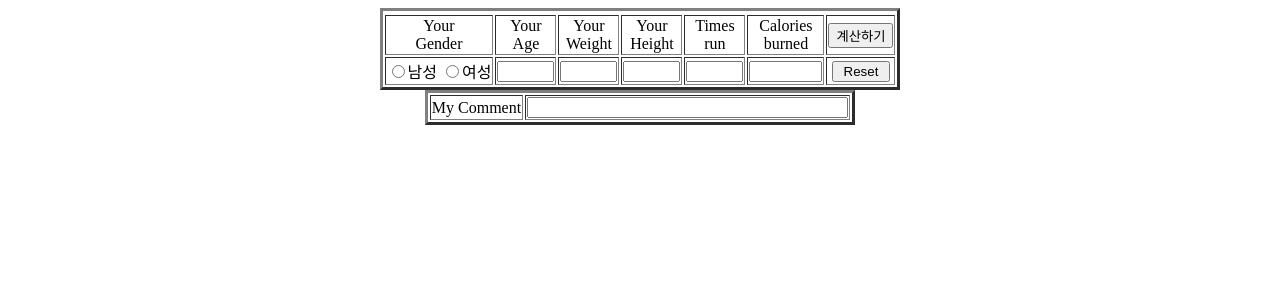
Repository: lgy880/AIWebDevelopment
Page: RUN_WAY/src/main/resources/static/html/ver2.html
An editor plug-in stored every save of this project. The page is shown before and after the next save, followed by the edit.
The browser window is 1280 px wide. The pictures show the whole page.

Above is the page before, as saved 2021-08-05 06:53:36.

### RUN_WAY/src/main/resources/static/html/ver2.html
<!DOCTYPE html>
<html>
<head>
<meta charset="UTF-8">
<TITLE>New Document</TITLE>
<META NAME="Generator" CONTENT="EditPlus">
<META NAME="Author" CONTENT="">
<META NAME="Keywords" CONTENT="">
<META NAME="Description" CONTENT="">
</HEAD>

<BODY>
	<SCRIPT LANGUAGE="JavaScript">
		var myGender;
		var myAge;
		var myHeight;
		var myWeight;
		var myDistance;

		function HowMany(form) {
			var difference;
			difference = 0;
			if (myGender == "Male") {
				difference = (66 + (13.7 * myWeight(kg)) + (5 * myHeight(cm)) - (6.8 * myAge)) * 3 / 24 * myTime;
			} else if (myGender == "Female") {
				difference = (55 + (9.6 * myWeight(kg)) + (1.8 * myHeight(cm)) - (4.7 * myAge)) * 3 / 24 * myTime;
			}

			form.Fdiff.value = difference;

			if (difference < 100) {
				form.comment.value = "You better start working!";
			}
			if (difference > 101 && difference < 200) {
				form.comment.value = "Nice run, but you can do better.";
			}
			if (difference > 201 && difference < 300) {
				form.comment.value = "Very good! Push above 300 next time.";
			}
			if (difference > 301 && difference < 500) {
				form.comment.value = "Great! Your a runner.....keep it up!";
			}
			if (difference > 501 && difference < 700) {
				form.comment.value = "Bill Rogers move over!";
			}
			if (difference > 701) {
				form.comment.value = "Your my hero! Have a jelly doughnut.";
			}

		}

		function SetMyWeight(weight) {
			myWeight = weight.value;
		}

		function SetmyDistance(dis) {
			myDistance = dis.value;
		}

		function ClearForm(form) {

			form.myWeight.value = "";
			form.myDistance.value = "";
			form.Fdiff.value = "";
			form.comment.value = "";

		}
	</SCRIPT>
	<center>
		<FORM METHOD="POST">
			<TABLE border=3>
				<TR>
				<TR>
					<TD><div align=center>
							Your<br>Gender
						</div></TD>
					<TD><div align=center>
							Your<br>Age
						</div></TD>
					<TD><div align=center>
							Your<br>Weight
						</div></TD>
					<TD><div align=center>
							Your<br>Height
						</div></TD>
					<TD><div align=center>
							Times<br>run
						</div></TD>

					<TD><div align=center>
							Calories<br>burned
						</div></TD>
					<TD><INPUT TYPE=BUTTON ONCLICK="HowMany(this.form)"
						VALUE="계산하기"></TD>
				</TR>
				<tr>
					<TD><div align=center>
							<INPUT TYPE='radio' name="Male" value='Male' ONCHANGE="SetmyGender(this)">남성
							<INPUT TYPE='radio' name="Female" value='Female' ONCHANGE="SetmyGender(this)">여성
						</div></TD>
					<TD><div align=center>
							<INPUT TYPE=text NAME=myAge SIZE="4" ONCHANGE="SetmyAge(this)">
						</div></TD>
					<TD><div align=center>
							<INPUT TYPE=text NAME=myWeight SIZE="4"
								ONCHANGE="SetmyWeight(this)">
						</div></TD>
					<TD><div align=center>
							<INPUT TYPE=text NAME=myHeight SIZE="4"
								ONCHANGE="SetmyHeight(this)">
						</div></TD>
					<TD><div align=center>
							<INPUT TYPE=text NAME=myTime SIZE="4" ONCHANGE="SetmyTime(this)">
						</div></TD>
					<TD><div align=center>
							<INPUT TYPE=text NAME="Fdiff" VALUE="" SIZE="6">
						</div></TD>
					<TD><div align=center>
							<INPUT TYPE=BUTTON VALUE=" Reset " onClick="ClearForm(this.form)">
						</div>
				</tr>
			</table>
			<table border=3>
				<tr>
					<TD><DIV ALIGN=CENTER>My Comment</DIV></TD>
					<TD><INPUT TYPE=text NAME="comment" size="37"></td>
				</TR>
			</TABLE>
		</FORM>
	</center>


</BODY>
</HTML>

After the next save:
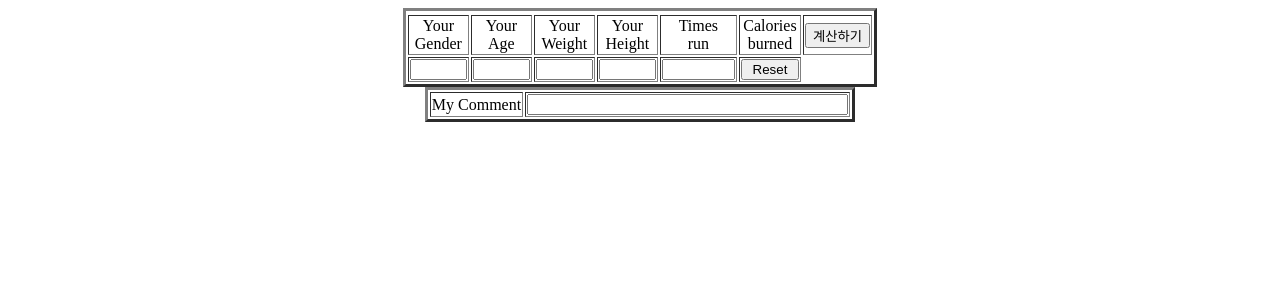
Saved 34 s later.
--- a/RUN_WAY/src/main/resources/static/html/ver2.html
+++ b/RUN_WAY/src/main/resources/static/html/ver2.html
@@ -94,10 +94,7 @@
 						VALUE="계산하기"></TD>
 				</TR>
 				<tr>
-					<TD><div align=center>
-							<INPUT TYPE='radio' name="Male" value='Male' ONCHANGE="SetmyGender(this)">남성
-							<INPUT TYPE='radio' name="Female" value='Female' ONCHANGE="SetmyGender(this)">여성
-						</div></TD>
+
 					<TD><div align=center>
 							<INPUT TYPE=text NAME=myAge SIZE="4" ONCHANGE="SetmyAge(this)">
 						</div></TD>

After the save that followed:
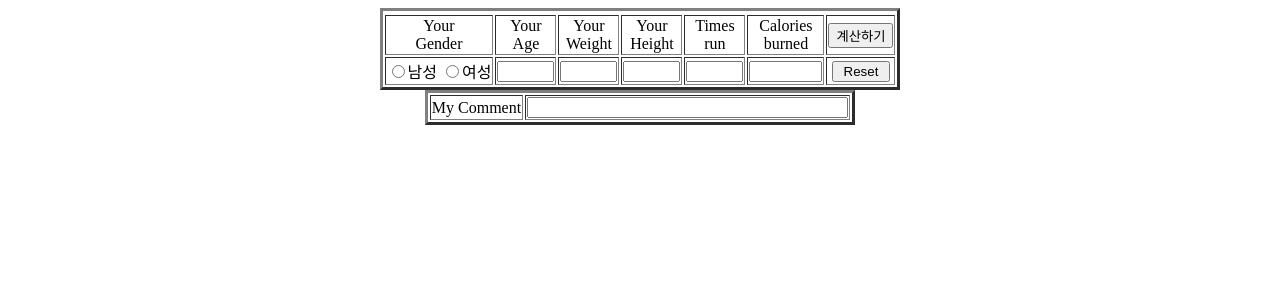
Saved 9 s later.
--- a/RUN_WAY/src/main/resources/static/html/ver2.html
+++ b/RUN_WAY/src/main/resources/static/html/ver2.html
@@ -94,7 +94,10 @@
 						VALUE="계산하기"></TD>
 				</TR>
 				<tr>
-
+					<TD><div align=center>
+							<INPUT TYPE='radio' name="Male" value='Male' ONCHANGE="SetmyGender(this)">남성
+							<INPUT TYPE='radio' name="Female" value='Female' ONCHANGE="SetmyGender(this)">여성
+						</div></TD>
 					<TD><div align=center>
 							<INPUT TYPE=text NAME=myAge SIZE="4" ONCHANGE="SetmyAge(this)">
 						</div></TD>
